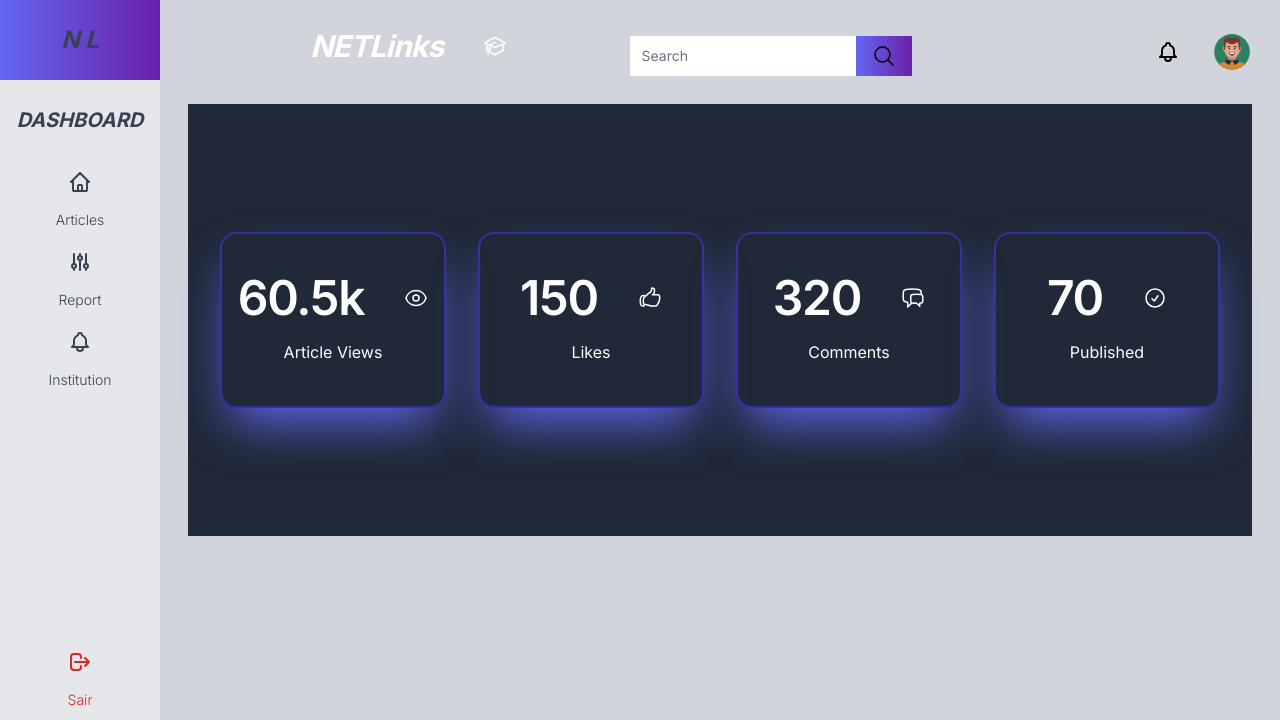
Repository: KennedyWanderson/AdminDashboard
Page: / (app in Code/admindashboard/)
An editor plug-in stored every save of this project. The page is shown before and after the next save, followed by the edit.
The browser window is 1280 px wide. The pictures show the whole page.
The project was rebuilt for these pictures with package versions that can differ from the ones it lists, and the page was loaded fresh each time. The framework's server and built-in components were replaced by stand-ins that run in the browser. Also part of the build but not shown: Code/admindashboard/next.config.mjs.

Above is the page before, as saved 2024-06-26 20:10:59.

### Code/admindashboard/src/app/layout.js
import { Inter } from "next/font/google";
import "./globals.css";

const inter = Inter({ subsets: ["latin"] });

export const metadata = {
  title: "Admin Dashboard",
  description: "Generated by Kennedy Wanderson",
};

export default function RootLayout({ children }) {
  return (
    <html lang="en">
      <body className={inter.className}>{children}</body>
    </html>
  );
}

### Code/admindashboard/src/app/page.js
import Layout from "@/components/Layout";

export default function Home() {
  return (
    <Layout>
      Content
    </Layout>
  )
}

### Code/admindashboard/src/components/Layout.jsx
"use client";

import { useState } from "react";
import Content from "./Content";
import Header from "./Header";
import LateralMenu from "./LateralMenu";
import HomePage from "./Home";


export default function Layout() {
    const [activeComponent, setActiveComponent] = useState("HomePage");

    const renderActiveComponent = () => {
        switch (activeComponent) {
            case "HomePage":
                return <HomePage />;
            default:
                return <HomePage />;
        }
    };

    return (
        <div className={`flex h-screen w-screen`}>
            <LateralMenu setActiveComponent={setActiveComponent} />
            <div className={`
                flex flex-col w-full p-7
                bg-gray-300 dark:bg-gray-800
            `}>
                <Header />
                <Content>
                    {renderActiveComponent()}
                </Content>
            </div>
        </div>
    );
}

### Code/admindashboard/src/components/Content.jsx
export default function Content({ children }) {
    return (
        <div className={`
            flex flex-col mt-7
            dark:text-gray-200
        `}>
            {children}
        </div>
    );
}

### Code/admindashboard/src/components/Header.jsx
import AvatarUsuario from "./UserAvatar";
import { IconeAcademic, IconeSearch, IconeSino } from "./icons";

export default function Header({ titulo, subtitulo }) {


    return (
        <div className={`flex`}>
            <div>
                <h1 className={`
                font-black text-3xl
                text-gray-900 dark:text-gray-100
            `}>
                    {titulo}
                </h1>
                <h2 className={`
                font-light text-sm
                dark:text-gray-300
            `}>
                    {subtitulo}
                </h2>
            </div>
            <header className="flex flex-grow justify-center text-white">
                <nav className=" justify-center" aria-label="Global">
                    <div className="hidden lg:flex lg:gap-x-12">
                        <a href="#" className="order-first text-xl font-bold flex items-center gap-10 italic tracking-tight text-white sm:text-3xl">NETLinks {IconeAcademic}</a>
                    </div>
                </nav>
            </header>

                <div className="relative mt-2 ">
                    <div className=" absolute inset-y-0 left-0 flex items-center pl-3">
                        <span className="text-gray-500 sm:text-sm">Search </span>
                    </div>
                    <input
                        type="text"
                        name="search"
                        id="search"
                        className="w-full rounded-none py-2 px-6"
                    >

                    </input>
                    <div className="absolute inset-y-0 px-4 right-0 flex items-center bg-gradient-to-r from-indigo-500 to-purple-800 cursor-pointer">
                        {IconeSearch}
                    </div>
                </div>


            <div className={`flex flex-grow justify-end items-center gap-8`}>

                {IconeSino}
                <AvatarUsuario />
            </div>
        </div>
    )
}

### Code/admindashboard/src/components/LateralMenu.jsx
"use client";

import MenuItem from "./ItemMenu";
import { IconeAjustes, IconeCasa, IconeSair, IconeSino } from "./icons";

export default function LateralMenu({ setActiveComponent }) {
    return (
        <aside className={`
            flex flex-col items-center
            bg-gray-200 text-gray-700
            dark:bg-gray-900
        `}>
            <div className={`
                flex flex-col items-center justify-center font-bold italic text-2xl
                bg-gradient-to-r from-indigo-500 to-purple-800
                h-20 w-40
            `}>
                N L
            </div>
            <div className="flex items-center justify-center w-full h-20 bg-">
                <h4 className="font-bold italic text-xl
                text-gradient-to-r from-indigo-500 to-purple-800
                ">DASHBOARD</h4>
            </div>

            <ul className="flex-grow">

                <MenuItem
                    texto="Articles"
                    icone={IconeCasa}
                    onClick={() => setActiveComponent('HomePage')}
                />
                <MenuItem
                    texto="Report"
                    icone={IconeAjustes}
                    onClick={() => setActiveComponent('Ajustes')}
                />
                <MenuItem
                    texto="Institution"
                    icone={IconeSino}
                    onClick={() => setActiveComponent('Notificacoes')}
                />
            </ul>
            <ul>
                <MenuItem
                    texto="Sair"
                    icone={IconeSair}
                    className={`
                        text-red-600 dark:text-red-400
                        hover:bg-red-400 hover:text-white
                        dark:hover:text-white
                    `}
                />
            </ul>
        </aside>
    );
}

### Code/admindashboard/src/components/Home.jsx
import { IconeCheck, IconeComment, IconeEye, IconeLike } from "./icons";

export default function HomePage() {
    return (
        <div className="py-24 sm:py-32 bg-gray-800">
            <div className="mx-auto max-w-full px-6 lg:px-8">
                <dl className="grid grid-cols-1 gap-x-8 gap-y-16 text-center lg:grid-cols-4">
                    <div className="mx-auto flex items-center max-w-xs flex-col w-full border-2 rounded-2xl shadow-2xl shadow-indigo-500 p-10 border-indigo-800 gap-y-4">
                        <dt className="text-base leading-7 text-white">Article Views</dt>
                        <dd className="order-first flex items-center gap-10 text-3xl font-semibold tracking-tight text-white sm:text-5xl">60.5k {IconeEye}</dd>
                    </div>
                    <div className="mx-auto flex items-center max-w-xs flex-col w-full border-2 rounded-2xl shadow-2xl shadow-indigo-500 p-10 border-indigo-800 gap-y-4">
                        <dt className="text-base leading-7 text-white">Likes</dt>
                        <dd className="order-first text-3xl flex items-center gap-10 font-semibold tracking-tight text-white sm:text-5xl">150 {IconeLike}</dd>
                    </div>
                    <div className="mx-auto flex items-center max-w-xs flex-col w-full border-2 rounded-2xl shadow-2xl shadow-indigo-500 p-10 border-indigo-800 gap-y-4">
                        <dt className="text-base leading-7 text-white">Comments</dt>
                        <dd className="order-first text-3xl flex items-center gap-10 font-semibold tracking-tight text-white sm:text-5xl">320 {IconeComment}</dd>
                    </div>
                    <div className="mx-auto flex items-center max-w-xs flex-col w-full border-2 rounded-2xl shadow-2xl shadow-indigo-500 p-10 border-indigo-800 gap-y-4">
                        <dt className="text-base leading-7 text-white">Published</dt>
                        <dd className="order-first text-3xl flex items-center gap-10 font-semibold tracking-tight text-white sm:text-5xl">70 {IconeCheck}</dd>
                    </div>
                </dl>

                {/* <table className="table-auto w-full mt-8 text-white">
                    <thead>
                        <tr className="">
                            <th className="px-4 py-2 border">Song</th>
                            <th className="px-4 py-2 border">Artist</th>
                            <th className="px-4 py-2 border">Year</th>
                        </tr>
                    </thead>
                    <tbody>
                        <tr className="">
                            <td className="px-4 py-2 border">The Sliding Mr. Bones (Next Stop, Pottersville)</td>
                            <td className="px-4 py-2 border">Malcolm Lockyer</td>
                            <td className="px-4 py-2 border">1961</td>
                        </tr>
                        <tr className="">
                            <td className="px-4 py-2 border">Witchy Woman</td>
                            <td className="px-4 py-2 border">The Eagles</td>
                            <td className="px-4 py-2 border">1972</td>
                        </tr>
                        <tr className="">
                            <td className="px-4 py-2 border">Shining Star</td>
                            <td className="px-4 py-2 border">Earth, Wind, and Fire</td>
                            <td className="px-4 py-2 border">1975</td>
                        </tr>
                        <tr className="">
                            <td className="px-4 py-2 border">The Sliding Mr. Bones (Next Stop, Pottersville)</td>
                            <td className="px-4 py-2 border">Malcolm Lockyer</td>
                            <td className="px-4 py-2 border">1961</td>
                        </tr>
                        <tr className="">
                            <td className="px-4 py-2 border">Witchy Woman</td>
                            <td className="px-4 py-2 border">The Eagles</td>
                            <td className="px-4 py-2 border">1972</td>
                        </tr>
                        <tr className="">
                            <td className="px-4 py-2 border">Shining Star</td>
                            <td className="px-4 py-2 border">Earth, Wind, and Fire</td>
                            <td className="px-4 py-2 border">1975</td>
                        </tr>
                        <tr className="">
                            <td className="px-4 py-2 border">The Sliding Mr. Bones (Next Stop, Pottersville)</td>
                            <td className="px-4 py-2 border">Malcolm Lockyer</td>
                            <td className="px-4 py-2 border">1961</td>
                        </tr>
                        <tr className="">
                            <td className="px-4 py-2 border">Witchy Woman</td>
                            <td className="px-4 py-2 border">The Eagles</td>
                            <td className="px-4 py-2 border">1972</td>
                        </tr>
                        <tr className="">
                            <td className="px-4 py-2 border">Shining Star</td>
                            <td className="px-4 py-2 border">Earth, Wind, and Fire</td>
                            <td className="px-4 py-2 border">1975</td>
                        </tr>
                        <tr className="">
                            <td className="px-4 py-2 border">The Sliding Mr. Bones (Next Stop, Pottersville)</td>
                            <td className="px-4 py-2 border">Malcolm Lockyer</td>
                            <td className="px-4 py-2 border">1961</td>
                        </tr>
                        <tr className="">
                            <td className="px-4 py-2 border">Witchy Woman</td>
                            <td className="px-4 py-2 border">The Eagles</td>
                            <td className="px-4 py-2 border">1972</td>
                        </tr>
                        <tr className="">
                            <td className="px-4 py-2 border">Shining Star</td>
                            <td className="px-4 py-2 border">Earth, Wind, and Fire</td>
                            <td className="px-4 py-2 border">1975</td>
                        </tr>
                        <tr className="">
                            <td className="px-4 py-2 border">The Sliding Mr. Bones (Next Stop, Pottersville)</td>
                            <td className="px-4 py-2 border">Malcolm Lockyer</td>
                            <td className="px-4 py-2 border">1961</td>
                        </tr>
                        <tr className="">
                            <td className="px-4 py-2 border">Witchy Woman</td>
                            <td className="px-4 py-2 border">The Eagles</td>
                            <td className="px-4 py-2 border">1972</td>
                        </tr>
                        <tr className="">
                            <td className="px-4 py-2 border">Shining Star</td>
                            <td className="px-4 py-2 border">Earth, Wind, and Fire</td>
                            <td className="px-4 py-2 border">1975</td>
                        </tr>

                    </tbody>
                </table> */}
            </div>
        </div>
    )
}

### Code/admindashboard/src/components/UserAvatar.jsx


export default function AvatarUsuario({className}) {
    return (
            <img
                src={'/images/avatar.svg'}
                alt="Avatar do Usuário"
                className={`
                    h-10 w-10 rounded-full cursor-pointer
                    ${className}
                `}
            />

    )
}

### Code/admindashboard/src/components/icons/index.jsx
// Pra mais icones acessar... https://heroicons.com/

export const IconeSearch = (
    <svg xmlns="http://www.w3.org/2000/svg" fill="none" viewBox="0 0 24 24" strokeWidth={1.5} stroke="currentColor" className="size-6">
        <path strokeLinecap="round" strokeLinejoin="round" d="m21 21-5.197-5.197m0 0A7.5 7.5 0 1 0 5.196 5.196a7.5 7.5 0 0 0 10.607 10.607Z" />
    </svg>
)

export const IconeAcademic = (
    <svg xmlns="http://www.w3.org/2000/svg" fill="none" viewBox="0 0 24 24" strokeWidth={1.5} stroke="currentColor" className="size-6">
        <path strokeLinecap="round" strokeLinejoin="round" d="M4.26 10.147a60.438 60.438 0 0 0-.491 6.347A48.62 48.62 0 0 1 12 20.904a48.62 48.62 0 0 1 8.232-4.41 60.46 60.46 0 0 0-.491-6.347m-15.482 0a50.636 50.636 0 0 0-2.658-.813A59.906 59.906 0 0 1 12 3.493a59.903 59.903 0 0 1 10.399 5.84c-.896.248-1.783.52-2.658.814m-15.482 0A50.717 50.717 0 0 1 12 13.489a50.702 50.702 0 0 1 7.74-3.342M6.75 15a.75.75 0 1 0 0-1.5.75.75 0 0 0 0 1.5Zm0 0v-3.675A55.378 55.378 0 0 1 12 8.443m-7.007 11.55A5.981 5.981 0 0 0 6.75 15.75v-1.5" />
    </svg>

)

export const IconeComment = (
    <svg xmlns="http://www.w3.org/2000/svg" fill="none" viewBox="0 0 24 24" strokeWidth={1.5} stroke="currentColor" className="size-6">
        <path strokeLinecap="round" strokeLinejoin="round" d="M20.25 8.511c.884.284 1.5 1.128 1.5 2.097v4.286c0 1.136-.847 2.1-1.98 2.193-.34.027-.68.052-1.02.072v3.091l-3-3c-1.354 0-2.694-.055-4.02-.163a2.115 2.115 0 0 1-.825-.242m9.345-8.334a2.126 2.126 0 0 0-.476-.095 48.64 48.64 0 0 0-8.048 0c-1.131.094-1.976 1.057-1.976 2.192v4.286c0 .837.46 1.58 1.155 1.951m9.345-8.334V6.637c0-1.621-1.152-3.026-2.76-3.235A48.455 48.455 0 0 0 11.25 3c-2.115 0-4.198.137-6.24.402-1.608.209-2.76 1.614-2.76 3.235v6.226c0 1.621 1.152 3.026 2.76 3.235.577.075 1.157.14 1.74.194V21l4.155-4.155" />
    </svg>

)

export const IconeCheck = (
    <svg xmlns="http://www.w3.org/2000/svg" fill="none" viewBox="0 0 24 24" strokeWidth={1.5} stroke="currentColor" className="size-6">
        <path strokeLinecap="round" strokeLinejoin="round" d="M9 12.75 11.25 15 15 9.75M21 12a9 9 0 1 1-18 0 9 9 0 0 1 18 0Z" />
    </svg>


)

export const IconeLike = (
    <svg xmlns="http://www.w3.org/2000/svg" fill="none" viewBox="0 0 24 24" strokeWidth={1.5} stroke="currentColor" className="size-6">
        <path strokeLinecap="round" strokeLinejoin="round" d="M6.633 10.25c.806 0 1.533-.446 2.031-1.08a9.041 9.041 0 0 1 2.861-2.4c.723-.384 1.35-.956 1.653-1.715a4.498 4.498 0 0 0 .322-1.672V2.75a.75.75 0 0 1 .75-.75 2.25 2.25 0 0 1 2.25 2.25c0 1.152-.26 2.243-.723 3.218-.266.558.107 1.282.725 1.282m0 0h3.126c1.026 0 1.945.694 2.054 1.715.045.422.068.85.068 1.285a11.95 11.95 0 0 1-2.649 7.521c-.388.482-.987.729-1.605.729H13.48c-.483 0-.964-.078-1.423-.23l-3.114-1.04a4.501 4.501 0 0 0-1.423-.23H5.904m10.598-9.75H14.25M5.904 18.5c.083.205.173.405.27.602.197.4-.078.898-.523.898h-.908c-.889 0-1.713-.518-1.972-1.368a12 12 0 0 1-.521-3.507c0-1.553.295-3.036.831-4.398C3.387 9.953 4.167 9.5 5 9.5h1.053c.472 0 .745.556.5.96a8.958 8.958 0 0 0-1.302 4.665c0 1.194.232 2.333.654 3.375Z" />
    </svg>

)

export const IconeEye = (
    <svg xmlns="http://www.w3.org/2000/svg" fill="none" viewBox="0 0 24 24" strokeWidth={1.5} stroke="currentColor" className="size-6">
        <path strokeLinecap="round" strokeLinejoin="round" d="M2.036 12.322a1.012 1.012 0 0 1 0-.639C3.423 7.51 7.36 4.5 12 4.5c4.638 0 8.573 3.007 9.963 7.178.07.207.07.431 0 .639C20.577 16.49 16.64 19.5 12 19.5c-4.638 0-8.573-3.007-9.963-7.178Z" />
        <path strokeLinecap="round" strokeLinejoin="round" d="M15 12a3 3 0 1 1-6 0 3 3 0 0 1 6 0Z" />
    </svg>
)

export const IconeCasa = (
    <svg xmlns="http://www.w3.org/2000/svg" className="h-6 w-6" fill="none" viewBox="0 0 24 24" stroke="currentColor">
        <path strokeLinecap="round" strokeLinejoin="round" strokeWidth={2} d="M3 12l2-2m0 0l7-7 7 7M5 10v10a1 1 0 001 1h3m10-11l2 2m-2-2v10a1 1 0 01-1 1h-3m-6 0a1 1 0 001-1v-4a1 1 0 011-1h2a1 1 0 011 1v4a1 1 0 001 1m-6 0h6" />
    </svg>
)

export const IconeAjustes = (
    <svg xmlns="http://www.w3.org/2000/svg" className="h-6 w-6" fill="none" viewBox="0 0 24 24" stroke="currentColor">
        <path strokeLinecap="round" strokeLinejoin="round" strokeWidth={2} d="M12 6V4m0 2a2 2 0 100 4m0-4a2 2 0 110 4m-6 8a2 2 0 100-4m0 4a2 2 0 110-4m0 4v2m0-6V4m6 6v10m6-2a2 2 0 100-4m0 4a2 2 0 110-4m0 4v2m0-6V4" />
    </svg>
)

export const IconeSino = (
    <svg xmlns="http://www.w3.org/2000/svg" className="h-6 w-6" fill="none" viewBox="0 0 24 24" stroke="currentColor">
        <path strokeLinecap="round" strokeLinejoin="round" strokeWidth={2} d="M15 17h5l-1.405-1.405A2.032 2.032 0 0118 14.158V11a6.002 6.002 0 00-4-5.659V5a2 2 0 10-4 0v.341C7.67 6.165 6 8.388 6 11v3.159c0 .538-.214 1.055-.595 1.436L4 17h5m6 0v1a3 3 0 11-6 0v-1m6 0H9" />
    </svg>
)

export const IconeSair = (
    <svg xmlns="http://www.w3.org/2000/svg" className="h-6 w-6" fill="none" viewBox="0 0 24 24" stroke="currentColor">
        <path strokeLinecap="round" strokeLinejoin="round" strokeWidth={2} d="M17 16l4-4m0 0l-4-4m4 4H7m6 4v1a3 3 0 01-3 3H6a3 3 0 01-3-3V7a3 3 0 013-3h4a3 3 0 013 3v1" />
    </svg>
)

export const IconeSol = (tamanho = 6) => (
    <svg xmlns="http://www.w3.org/2000/svg" className={`h-${tamanho} w-${tamanho}`} fill="none" viewBox="0 0 24 24" stroke="currentColor">
        <path strokeLinecap="round" strokeLinejoin="round" strokeWidth={2} d="M12 3v1m0 16v1m9-9h-1M4 12H3m15.364 6.364l-.707-.707M6.343 6.343l-.707-.707m12.728 0l-.707.707M6.343 17.657l-.707.707M16 12a4 4 0 11-8 0 4 4 0 018 0z" />
    </svg>
)

export const IconeLua = (tamanho = 6) => (
    <svg xmlns="http://www.w3.org/2000/svg" className={`h-${tamanho} w-${tamanho}`} fill="none" viewBox="0 0 24 24" stroke="currentColor">
        <path strokeLinecap="round" strokeLinejoin="round" strokeWidth={2} d="M20.354 15.354A9 9 0 018.646 3.646 9.003 9.003 0 0012 21a9.003 9.003 0 008.354-5.646z" />
    </svg>
)

export const IconeAtencao = (tamanho = 1) => (
    <svg xmlns="http://www.w3.org/2000/svg" className={`h-${tamanho} w-${tamanho}`} fill="none" viewBox="0 0 24 24" stroke="currentColor">
        <path strokeLinecap="round" strokeLinejoin="round" strokeWidth={2} d="M12 9v2m0 4h.01m-6.938 4h13.856c1.54 0 2.502-1.667 1.732-3L13.732 4c-.77-1.333-2.694-1.333-3.464 0L3.34 16c-.77 1.333.192 3 1.732 3z" />
    </svg>
)

### Code/admindashboard/src/components/ItemMenu.jsx

export default function MenuItem({ texto, icone, url, className, onClick }) {
    function renderizarLink() {
        return (
            <div className={`
                flex flex-col justify-center items-center
                h-20 w-auto gap-4
                dark:text-gray-200
                ${className}
            `}>
                {icone}
                <span className="text-sm font-light">
                    {texto}
                </span>
            </div>
        );
    }

    return (
        <li
            onClick={onClick}
            className={`
                hover:bg-gray-100 dark:hover:bg-gray-800
                cursor-pointer
            `}
        >
            {url ? (
                <a href={url}>
                    {renderizarLink()}
                </a>
            ) : (
                renderizarLink()
            )}
        </li>
    );
}

Loaded but not shown: Code/admindashboard/src/app/globals.css (common file); Code/admindashboard/tailwind.config.js (common file)

After the next save:
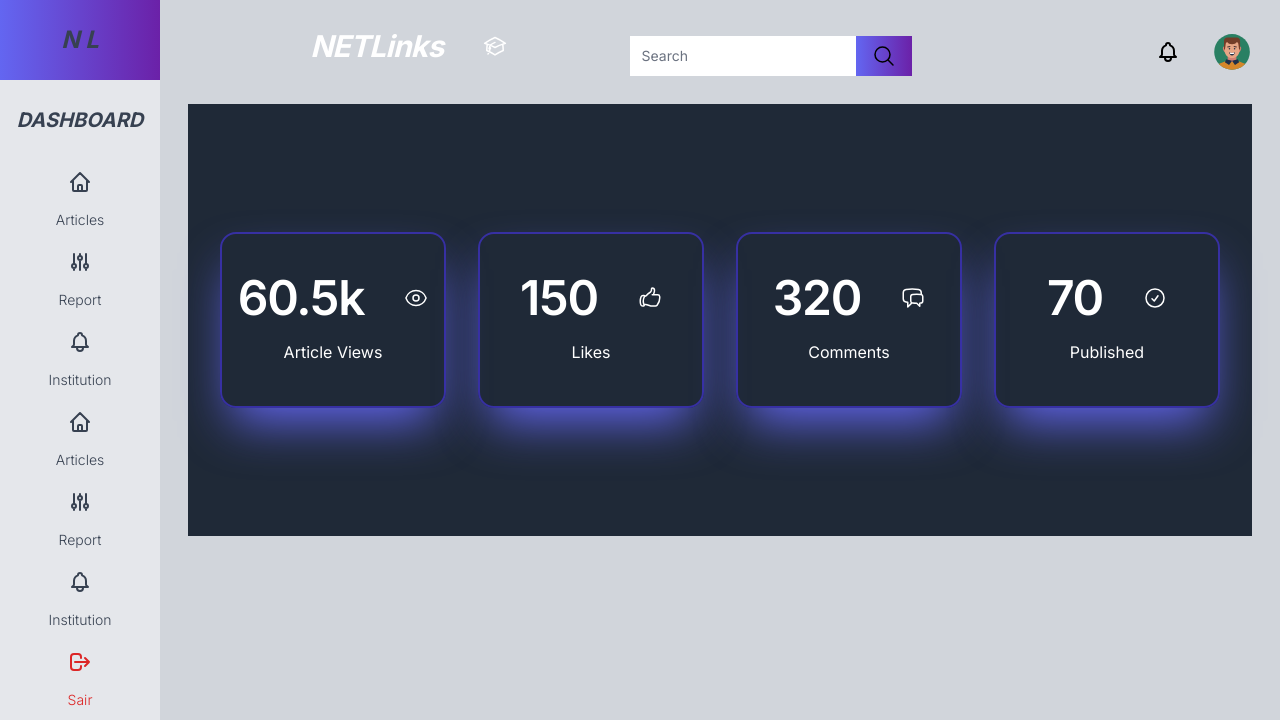
Saved 10 s later.
--- a/Code/admindashboard/src/components/LateralMenu.jsx
+++ b/Code/admindashboard/src/components/LateralMenu.jsx
@@ -40,6 +40,21 @@ export default function LateralMenu({ setActiveComponent }) {
                     icone={IconeSino}
                     onClick={() => setActiveComponent('Notificacoes')}
                 />
+                                <MenuItem
+                    texto="Articles"
+                    icone={IconeCasa}
+                    onClick={() => setActiveComponent('HomePage')}
+                />
+                <MenuItem
+                    texto="Report"
+                    icone={IconeAjustes}
+                    onClick={() => setActiveComponent('Ajustes')}
+                />
+                <MenuItem
+                    texto="Institution"
+                    icone={IconeSino}
+                    onClick={() => setActiveComponent('Notificacoes')}
+                />
             </ul>
             <ul>
                 <MenuItem
